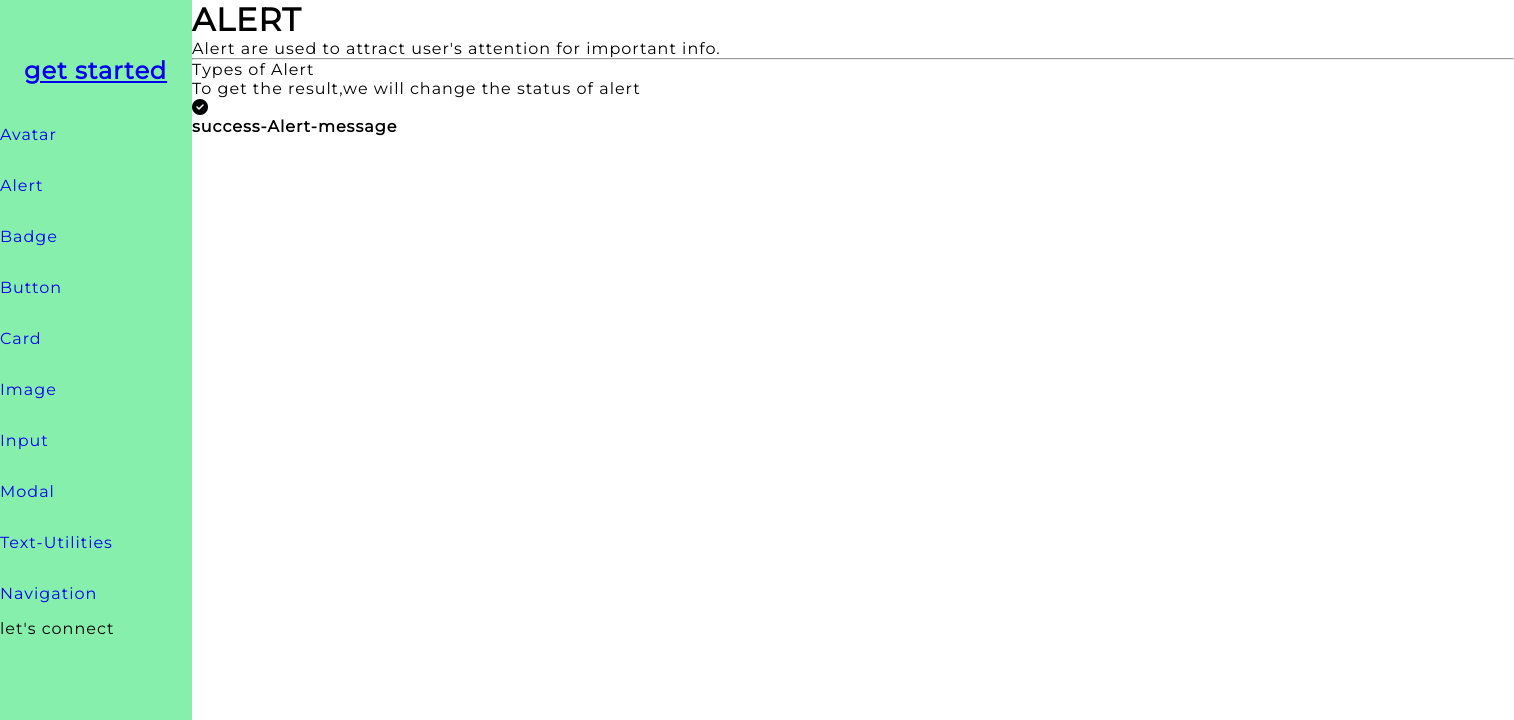
Repository: Anasooya2601/Components_UI
Page: components/Alert/Alert.html
An editor plug-in stored every save of this project. The page is shown before and after the next save, followed by the edit.
The browser window is 1280 px wide. The page is 1514 px wide, so the pictures cover 1514 px, including what lies to the right of the window. The pictures show the whole page.
Some web libraries are served in a nearby version.

Above is the page before, as saved 2022-02-12 10:37:27.
Not found: components/
Not found: components/Avatar/index.css

After the next save:
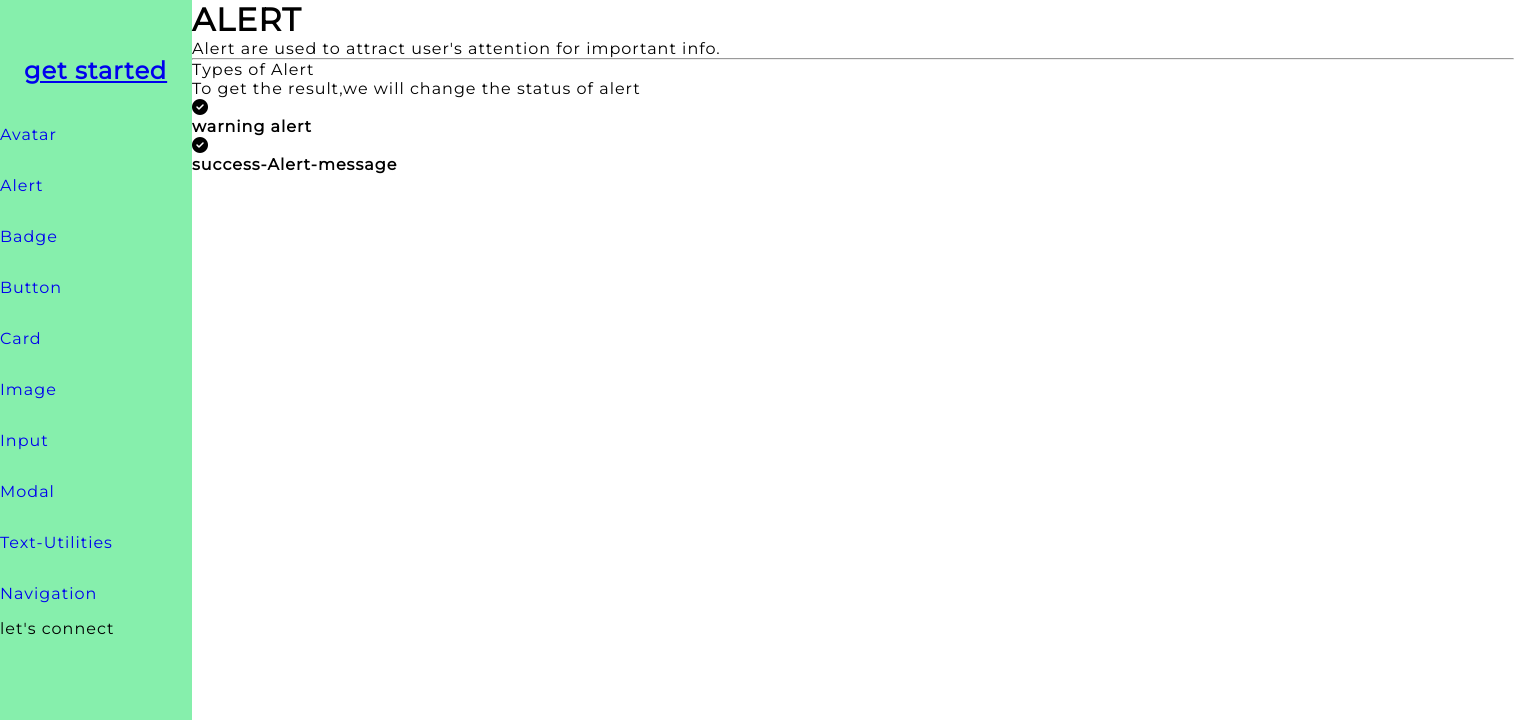
Saved 27 s later.
--- a/components/Alert/Alert.html
+++ b/components/Alert/Alert.html
@@ -64,6 +64,12 @@
     <div class="alert alert-success">
         <div class="alert-message">
             <i class="fas fa-check-circle"></i>
+            <h4>warning alert </h4>
+        </div>
+    </div>
+    <div class="alert alert-success">
+        <div class="alert-message">
+            <i class="fas fa-check-circle"></i>
             <h4>success-Alert-message</h4>
         </div>
     </div>
